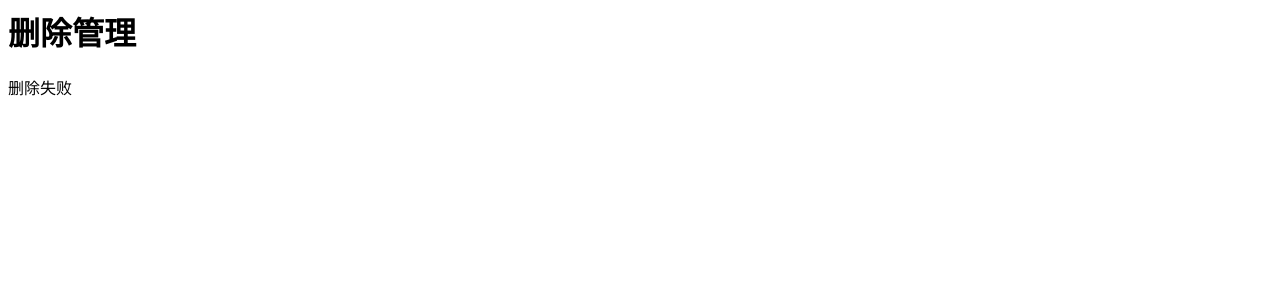
Repository: wikelgc/JSP
Page: http://localhost/yuangongguanli_DAO/emp_delete.jsp
These files come from the project's save history. The page is drawn as it stood at one moment and after the next save; the edit follows.
The browser window is 1280 px wide. The pictures show the whole page.
The page is served by Tomcat 9.

Above is the page before, as saved 2015-06-12 10:20:55.

After the next save:
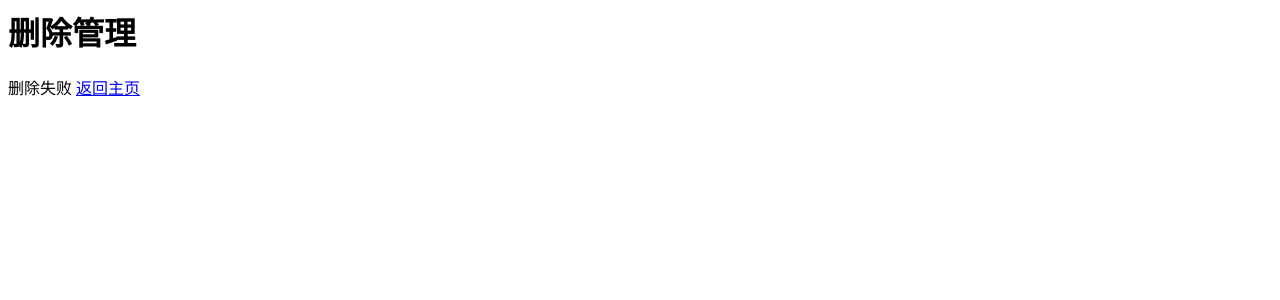
Saved 89 s later.
--- a/yuangongguanli_DAO/WebRoot/emp_delete.jsp
+++ b/yuangongguanli_DAO/WebRoot/emp_delete.jsp
@@ -34,5 +34,6 @@
   e.printStackTrace();
   }
    %>
+   <a href="index.jsp?">返回主页</a>
   </body>
 </html>
